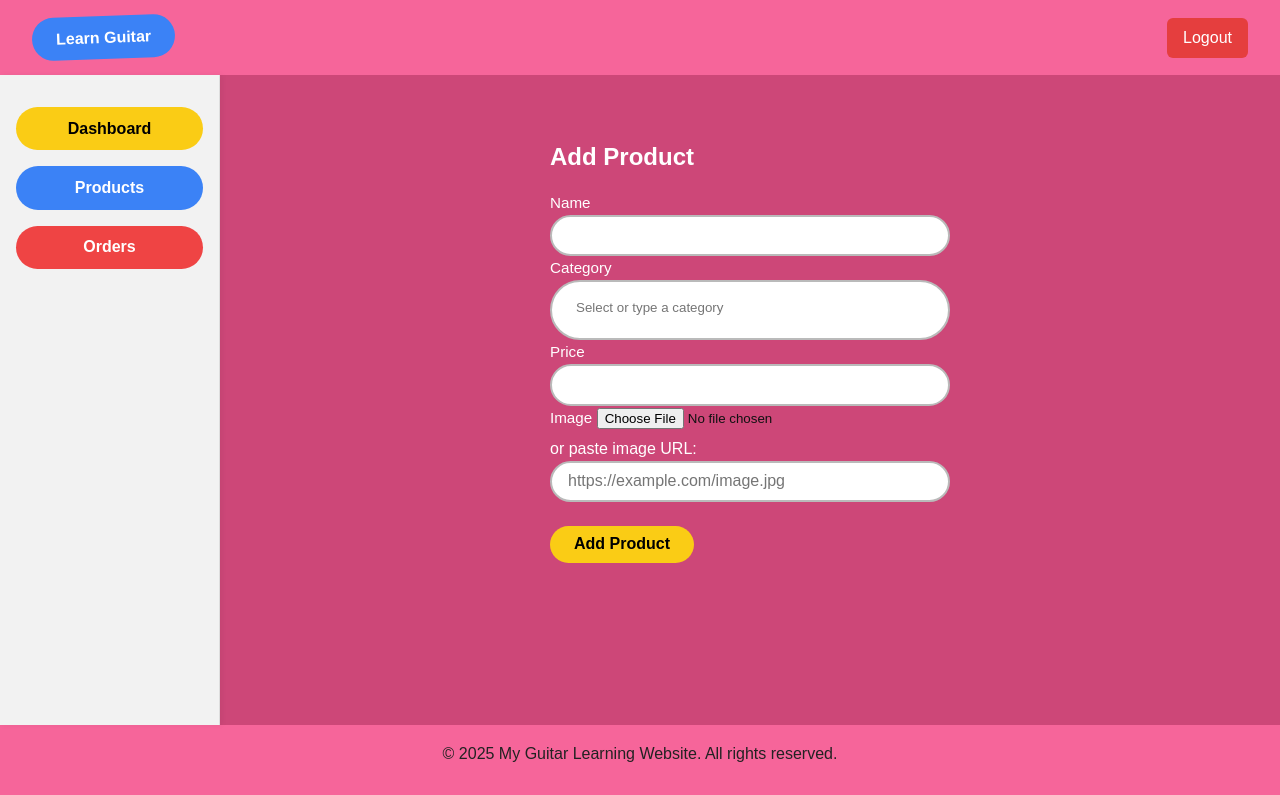
Repository: rywkoo/LearnGuitar
Page: templates/admin/addproduct.html
The author's editor kept a copy of each file at every save. The page is drawn from the files as they stood at one save, then again after the next save.
The browser window is 1280 px wide. The pictures show the whole page.
The page is served by the project's application, run on Flask 3 (app.py). Other server files are loaded and not shown. The template is opened directly, without the code that normally fills it, so the values that code supplies are empty.

Above is the page before, as saved 2025-08-25 22:43:46.

### templates/admin/addproduct.html
{% extends "admin/admin_master.html" %}

{% block main_content %}


<style>
.custom-dropdown {
  position: relative;
  width: 100%;
  height: 60px;
}

.custom-dropdown input {
  width: 100%;
  padding: 0.5rem;
  border-radius: 8px;
  border: 1px solid #ccc;
}

.dropdown-list {
  position: absolute;
  top: 100%;
  left: 0;
  right: 0;
  background: #fff;
  max-height: 150px;
  overflow-y: auto;
  border: 1px solid #ccc;
  border-radius: 8px;
  display: none;
  margin-top: 2px;
  z-index: 10;
}

.dropdown-list li {
  padding: 0.5rem;
  cursor: pointer;
}

.dropdown-list li:hover {
  background: #f0f0f0;
}

.dropdown-list li.other {
  font-style: italic;
  color: #555;
}
</style>


<div style="width: 400px; margin: 2rem auto;">
    <h2 style="color: white; margin-bottom: 1rem;">Add Product</h2>

    <form id="addProductForm" method="POST" enctype="multipart/form-data">
        <!-- Name -->
        <div class="mb-3">
            <label style="color: white;">Name</label>
            <input class="input" type="text" name="name" required>
        </div>

        <!-- Category -->
        <div class="mb-3">
            <label style="color: white;">Category</label>
            <div class="custom-dropdown input">
                <input
                    type="text"
                    id="categoryInput"
                    name="category"
                    placeholder="Select or type a category"
                    autocomplete="off"
                    value="{{ product['category'] if product else '' }}"
                    required
                    style="
                        background-color: white;
                        color: black;
                        border: none;
                        outline: none;
                        box-shadow: none;
                    "
                >

                <ul class="dropdown-list" id="categoryList">
                    {% for cat in categories %}
                        <li>{{ cat }}</li>
                    {% endfor %}
                    <li class="other">Other...</li>
                </ul>
            </div>
        </div>


        <!-- Price -->
        <div class="mb-3">
            <label style="color: white;">Price</label>
            <input class="input" type="number" name="price" required>
        </div>

        <!-- Image -->
        <div class="mb-3">
            <label style="color: white;">Image</label>
            <input type="file" name="image_file" accept="image/*" style="margin-bottom: 0.5rem;">
            <br>
            <span style="color: white;">or paste image URL:</span>
            <input class="input" type="text" name="image_url" placeholder="https://example.com/image.jpg">
        </div>

        <!-- Submit -->
    </br>
        <button class="btn btn-primary" type="submit">Add Product</button>
    </form>
</div>

<!-- Success Modal -->
<div id="successModal" style="
    display: none;
    position: fixed;
    inset: 0;
    background: rgba(0,0,0,0.5);
    justify-content: center;
    align-items: center;
    z-index: 999;
">
    <div style="
        background: #fff;
        padding: 2rem;
        border-radius: 12px;
        text-align: center;
        width: 300px;
    ">
        <div style="font-size: 3rem; color: green;">✔️</div>
        <h3>New Product Added!</h3>
    </div>
</div>

<script>
const form = document.getElementById('addProductForm');
const modal = document.getElementById('successModal');

form.addEventListener('submit', function(event) {
    event.preventDefault(); // Prevent default form submission

    const formData = new FormData(form);

    fetch(form.action || window.location.href, {
        method: 'POST',
        body: formData
    })
    .then(res => {
        if (res.ok) {
            // Show modal
            modal.style.display = 'flex';

            // Redirect to product list after 1.5s
            setTimeout(() => {
                window.location.href = "{{ url_for('admin_products') }}";
            }, 1500);
        } else {
            res.text().then(txt => alert('Error adding product: ' + txt));
        }
    })
    .catch(err => {
        console.error(err);
        alert('Error adding product.');
    });
});
</script>

<script>
const input = document.getElementById('categoryInput');
const list = document.getElementById('categoryList');

input.addEventListener('focus', () => {
  list.style.display = 'block';
});

input.addEventListener('input', () => {
  const value = input.value.toLowerCase();
  Array.from(list.children).forEach(li => {
    li.style.display = li.textContent.toLowerCase().includes(value) ? 'block' : 'none';
  });
});

Array.from(list.children).forEach(li => {
  li.addEventListener('click', () => {
    if (li.classList.contains('other')) {
      input.value = '';
      input.focus();
    } else {
      input.value = li.textContent;
    }
    list.style.display = 'none';
  });
});

document.addEventListener('click', e => {
  if (!e.target.closest('.custom-dropdown')) {
    list.style.display = 'none';
  }
});
</script>
{% endblock %}

### templates/admin/admin_master.html
<!DOCTYPE html>
<html lang="en">
<head>
  <meta charset="UTF-8">
  <title>{% block title %}My Flask App{% endblock %}</title>
  {% include "css.html" %}
</head>
<body style="margin:0; font-family: sans-serif;">

  <!-- ===== Navbar ===== -->
  <nav style="padding: 1rem 2rem; display: flex; justify-content: space-between; align-items: center; background: #f6659a; color:white;">
    <a href="/" class="btn btn-secondary btn-lg" style="transform: rotate(-2deg);">Learn Guitar</a>
    <div class="nav-links" style="display: flex; gap:5px;">
      <a href="/logout" style="padding: 0.5rem 1rem; background: #e53e3e; color:white; border-radius: 6px; text-decoration:none;">Logout</a>
    </div>
  </nav>

  <!-- ===== Layout Wrapper ===== -->
  <div style="display: flex; min-height: calc(100vh - 70px);">

    <!-- ===== Sidebar ===== -->
    <aside style="
      width: 220px;
      background: #f2f2f2;
      padding: 2rem 1rem;
      border-right: 1px solid #ddd;
      box-shadow: 2px 0 6px rgba(0,0,0,0.05);
    ">
      <nav style="display: flex; flex-direction: column; gap: 1rem;">
        <a class="btn btn-primary" href="/admin" >Dashboard</a>
        <a class="btn btn-secondary" href="/admin/products" >Products</a>
        <a class="btn btn-danger" href="/admin/orders" >Orders</a>
      </nav>
    </aside>

    <!-- ===== Main Content ===== -->
    <main style="flex: 1; padding: 2rem;">
      {% block main_content %}
      <!-- Page content will go here -->
      {% endblock %}
    </main>

  </div>

  <!-- ===== Footer ===== -->
  <footer style="text-align: center; padding: 1rem 1rem; background: #f6659a; color:white; border-top: 1px solid #f6659a;">
    <p>&copy; 2025 My Guitar Learning Website. All rights reserved.</p>
  </footer>

  {% include "script.html" %}

  <script src="https://unpkg.com/vue@3/dist/vue.global.js"></script>
</body>
</html>

### templates/css.html
<!-- css.html -->
<link rel="stylesheet" href="{{ url_for('static', filename='css/btn.css') }}">
<link rel="stylesheet" href="{{ url_for('static', filename='css/card.css') }}">
<link rel="stylesheet" href="{{ url_for('static', filename='css/input.css') }}">
<link rel="stylesheet" href="{{ url_for('static', filename='css/typography.css') }}">
<link rel="stylesheet" href="{{ url_for('static', filename='css/style.css') }}">
<link rel="stylesheet" href="{{ url_for('static', filename='css/animation.css') }}">
<link rel="stylesheet" href="{{ url_for('static', filename='css/lesson.css') }}">
<link rel="stylesheet" href="{{ url_for('static', filename='css/shop.css') }}">

### templates/script.html
<script src="https://cdn.jsdelivr.net/npm/sweetalert2@11"></script>
<script>
  // ===== Background Slider =====
  (function() {
    const bgSlider = document.querySelector('.hero-left .hero-bg-slider');
    if (!bgSlider) return; // Exit if element doesn't exist

    const images = [
      'https://www.uk-anime.net/images/bocchimain.png',
      'https://www.cnet.com/a/img/resize/3b4b3e192a9d75bd060ba4debe8d13a14caef990/hub/2024/07/06/b6981ace-771d-4971-8a9e-60e8c83bc66e/bocchi-the-rock-photo-1.jpg?auto=webp&fit=crop&height=900&width=1200',
      'https://www.uk-anime.net/images/bocchimain.png',
      'https://www.cnet.com/a/img/resize/3b4b3e192a9d75bd060ba4debe8d13a14caef990/hub/2024/07/06/b6981ace-771d-4971-8a9e-60e8c83bc66e/bocchi-the-rock-photo-1.jpg?auto=webp&fit=crop&height=900&width=1200'
    ];

    let current = 0;

    function changeBackground() {
      bgSlider.style.backgroundImage = `url(${images[current]})`;
      current = (current + 1) % images.length;
    }

    changeBackground();
    setInterval(changeBackground, 5000);
  })();
</script>

<script>
  // ===== Quantity Adjust =====
  function adjustQty(delta) {
    const input = document.getElementById('quantityInput');
    if (!input) return; // Exit if element doesn't exist

    let value = parseInt(input.value);
    if (!isNaN(value)) {
      input.value = Math.max(1, value + delta);
    }
  }
</script>

### app.py
from flask import Flask, render_template, request, redirect, url_for, flash, session, jsonify
from flask_mail import Mail, Message
import json
import requests
from datetime import date
from dotenv import load_dotenv
import os
from reportlab.lib.pagesizes import letter
from reportlab.pdfgen import canvas

app = Flask(__name__)
app.secret_key = "741e4fa4-f067-4aec-b48d-deb18e9cca92"

import route

@app.route("/components")
def components():
    return render_template("component.html")

if __name__ == "__main__":
    app.run(debug=True)

### static/css/btn.css
.btn {
  display: inline-block;
  padding: 0.6rem 1.5rem;
  border-radius: 9999px;  /* fully rounded */
  border: none;
  cursor: pointer;
  font-weight: 600;
  text-decoration: none;
  transition: background 0.2s, box-shadow 0.2s;
  font-size: 1rem;

  /* Add shadow */
/* flat shadow downwards */
}

/* Optional: hover effect (slightly stronger shadow) */
.btn:hover {
  box-shadow: 0 3px 0 #45454576;
}

/* Primary: Yellow bg, black text */
.btn-primary {
  background: #facc15;
  color: #000;
}

/* Secondary: Blue bg, white text */
.btn-secondary {
  background: #3b82f6;
  color: #fff;
}

/* Danger: Red bg, white text */
.btn-danger {
  background: #ef4444;
  color: #fff;
}

### static/css/card.css
/* ===== Base Card Component ===== */
.card {
  border-radius: 16px;       /* rounded corners */
  padding: 1.5rem;
  margin-bottom: 1.5rem;
  transition: box-shadow 0.3s, transform 0.2s;
  color: #111;               /* default text color */
  box-shadow: 0 4px 0 #888888; /* default flat shadow */
}

.card:hover {
  transform: translateY(-2px);
  box-shadow: 0 6px 0 #888888; /* slightly longer shadow on hover */
}

/* ===== Card Variants ===== */

/* Primary - Pink */
.card-pink {
  background: #f6659a;       /* light pink */
  box-shadow: 0 4px 0 #d35c7f;
}
.card-pink:hover {
  box-shadow: 0 6px 0 #af4d6b;
}

/* Secondary - Yellow */
.card-yellow {
  background: #facc15;       /* yellow */
  box-shadow: 0 4px 0 #d4a90f;
}
.card-yellow:hover {
  box-shadow: 0 6px 0 #e0b01a;
}

/* Danger/Accent - Blue */
.card-blue {
  background: #3b82f6;       /* blue */
  color: #fff;               /* white text for contrast */
  box-shadow: 0 4px 0 #2563eb;
}
.card-blue:hover {
  box-shadow: 0 6px 0 #1d4ed8;
}

/* Card header */
.card h2 {
  font-size: 1.25rem;
  margin-bottom: 0.8rem;
}

/* Card paragraph/text */
.card p {
  font-size: 1rem;
}

### static/css/input.css
/* ===== Input Fields ===== */
* {
  margin: 0;
  padding: 0;
  box-sizing: border-box; /* ensures padding is included in width */
}


.input {
  width: 100%;
  padding: 0.6rem 1rem;
  border: 2px solid #bababa;   /* gray border matching shadow */
  border-radius: 9999px;       /* fully rounded, like buttons */
  background: #ffffff;         /* very light pink background */
  font-size: 1rem;
  outline: none;
  transition: border-color 0.2s, box-shadow 0.2s;
  color: #111;                 /* dark text */
}

### static/css/typography.css
/* ===== Global Text Settings ===== */
body {
  font-family: 'Segoe UI', Tahoma, Geneva, Verdana, sans-serif;
  color: #111;       /* dark text for readability */
  line-height: 1.5;
  background: #fffafc; /* subtle light background */
}

/* ===== Headings ===== */
h1 {
  font-size: 2rem;
  font-weight: 700;
  margin-bottom: 1rem;
  color: #111;
}

h2 {
  font-size: 1.5rem;
  font-weight: 600;
  margin-bottom: 0.8rem;
  color: #111;
}

h3 {
  font-size: 1.25rem;
  font-weight: 500;
  margin-bottom: 0.6rem;
  color: #111;
}

/* ===== Paragraphs ===== */
p {
  font-size: 1rem;
  margin-bottom: 0.8rem;
  color: #222;  /* slightly lighter than headings */
}

/* ===== Labels ===== */
label {
  font-size: 0.95rem;
  font-weight: 500;
  color: #111;
}

/* ===== Links ===== */
a {
  text-decoration: none;
  transition: color 0.2s;
}

a:hover {
  text-decoration: none;
}

/* ===== Small Text ===== */
small {
  font-size: 0.85rem;
  color: #ffffff;
}

/* ===== Button Text ===== */
.btn {
  font-family: inherit; /* use same font as body */
  font-weight: 600;
  font-size: 1rem;
  text-align: center;
}

### static/css/style.css
body {
    background-color: #cd4778;
}

### static/css/animation.css

/* Animate background position horizontally */
@keyframes slideBg {
  0% { background-position: 0% center; }
  25% { background-position: 100% center; }
  50% { background-position: 200% center; }
  75% { background-position: 300% center; }
  100% { background-position: 400% center; }
}

### static/css/lesson.css
/* ===== Lesson Cards ===== */
.lesson-card {
  display: flex;
  align-items: center;
  gap: 1rem;
  padding: 1rem 1.5rem;
  border-radius: 16px;
  box-shadow: 0 4px 0 #888888; /* flat shadow downward */
  background: #fff;
  transition: transform 0.2s, box-shadow 0.2s;
}

.lesson-card:hover {
  transform: translateY(-3px);
  box-shadow: 0 6px 0 #666666;
}

/* Lesson image on the left */
.lesson-image img {
  width: 100px;
  height: 100px;
  object-fit: cover;
  border-radius: 8px;
}

/* Title in the middle */
.lesson-title {
  flex: 1;
  font-size: 1.2rem;
  color: #111;
}

/* Button on the right */
.lesson-action .btn {
  padding: 0.5rem 1.2rem;
  font-size: 1rem;
}

/* Optional: responsive for small screens */
@media (max-width: 600px) {
  .lesson-card {
    flex-direction: column;
    align-items: flex-start;
  }
  .lesson-action {
    width: 100%;
    margin-top: 0.5rem;
  }
}

### static/css/shop.css
/* ===== Shop Container ===== */

.hidden-card {
    display: none !important;
}

.shop-container {
  display: flex;
  gap: 2rem;
  padding: 2rem;
  max-width: 1400px;    /* limit width */
  margin: 0 auto;       /* center horizontally */
  box-sizing: border-box;
}

/* ===== Shop Sidebar ===== */
.shop-sidebar {
  width: 400px;
  flex-shrink: 0;
  background: #f5f5f5;
  padding: 1.5rem;
  border-radius: 16px;
  box-shadow: 0 4px 0 #ccc;
  display: flex;
  flex-direction: column;
  gap: 1.5rem;
  position: sticky;
  top: 1rem;
  height: fit-content;
}

/* Sidebar headings */
.shop-sidebar h3 {
  font-size: 1.1rem;
  font-weight: 600;
  color: #111;
  margin-bottom: 0.5rem;
}

/* Inputs inside sidebar */
.shop-sidebar input[type="text"],
.shop-sidebar input[type="checkbox"] {
  margin-bottom: 0.5rem;
}

/* Checkbox labels */
.shop-sidebar label {
  display: flex;
  align-items: center;
  gap: 0.5rem;
  font-size: 0.9rem;
  color: #111;
  cursor: pointer;
}

/* Filter button */
.shop-sidebar .btn-filter {
  background: #3b82f6;
  color: #fff;
  padding: 0.6rem 1rem;
  border-radius: 12px;
  font-weight: 600;
  border: none;
  cursor: pointer;
  transition: background 0.2s, box-shadow 0.2s;
}
.shop-sidebar .btn-filter:hover {
  background: #2563eb;
  box-shadow: 0 3px 0 #666;
}

/* ===== Shop Products Grid ===== */
.shop-products {
  display: grid;
  grid-template-columns: repeat(auto-fill, minmax(250px, 1fr));
  gap: 1rem;
  flex: 1;
}

/* ===== Shop / Instrument Card ===== */
.shop-card {
  display: flex;
  flex-direction: column;
  align-items: center;
  gap: 0.5rem;
  padding: 1rem;
  border-radius: 16px;
  box-shadow: 0 4px 0 #888;
  background: #fff;
  transition: transform 0.2s, box-shadow 0.2s;
}
.shop-card:hover {
  transform: translateY(-3px);
  box-shadow: 0 6px 0 #666;
}

/* Category badge */
.shop-card .shop-category {
  padding: 0.2rem 0.6rem;
  border-radius: 12px;
  background-color: #facc15;
  color: #111;
  font-size: 0.8rem;
  font-weight: 600;
  text-transform: uppercase;
}

/* Instrument image */
.shop-card img {
  width: 100%;
  aspect-ratio: 1 / 1;
  object-fit: cover;
  border-radius: 12px;
}

/* Instrument title */
.shop-card .shop-title {
  font-size: 1.1rem;
  font-weight: 600;
  text-align: center;
  color: #111;
}

/* Price */
.shop-card .shop-price {
  font-size: 1rem;
  font-weight: 500;
  color: #444;
}

/* Add to Cart button */
.shop-card .btn-add {
  padding: 0.5rem 1rem;
  margin-top: 0.5rem;
  width: 100%;
  text-align: center;
  border-radius: 12px;
}

/* ===== Responsive adjustments ===== */
@media (max-width: 992px) {
  .shop-container {
    flex-direction: column;
  }

  .shop-sidebar {
    width: 100%;
    position: relative;
    top: auto;
    box-shadow: none;
    border-radius: 0;
    padding: 1rem 0;
  }

  .shop-products {
    grid-template-columns: repeat(auto-fill, minmax(200px, 1fr));
  }
}

After the next save:
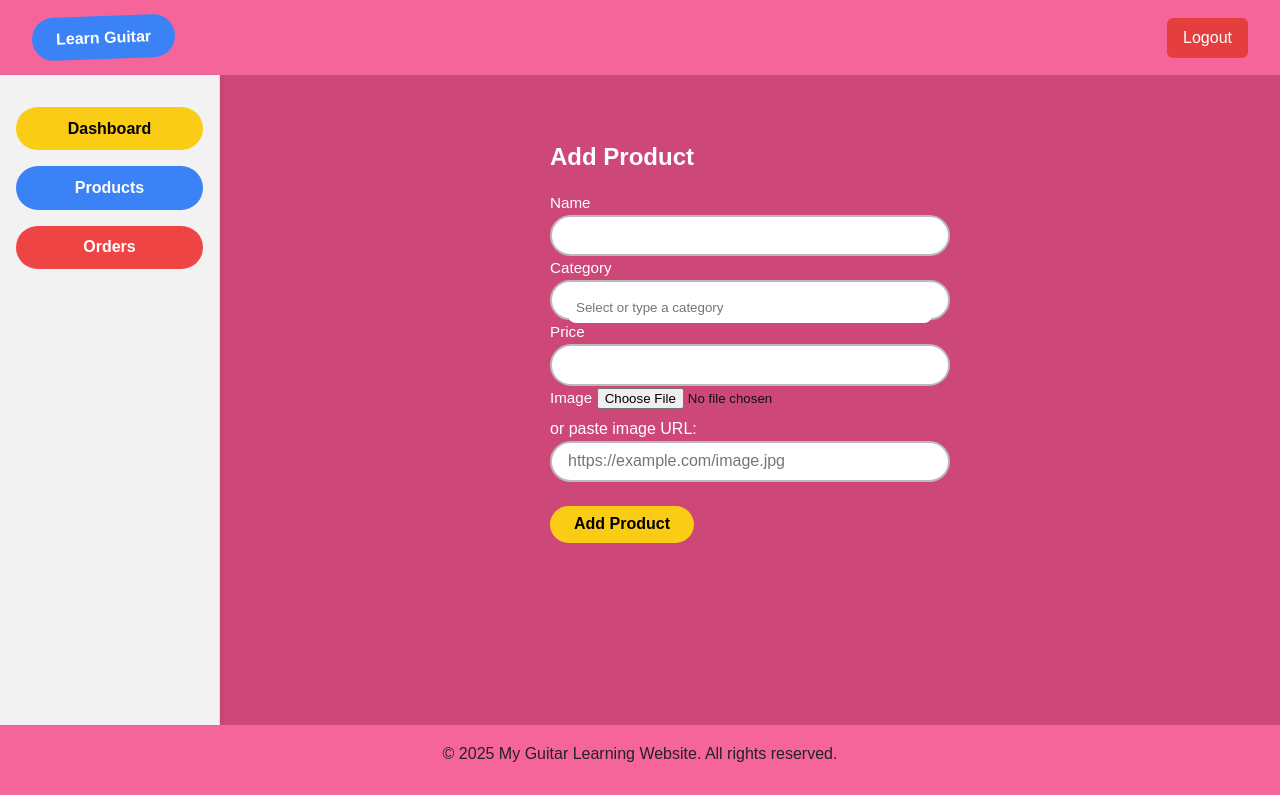
Saved 7 s later.
--- a/templates/admin/addproduct.html
+++ b/templates/admin/addproduct.html
@@ -7,7 +7,7 @@
 .custom-dropdown {
   position: relative;
   width: 100%;
-  height: 60px;
+  height: 40px;
 }
 
 .custom-dropdown input {
